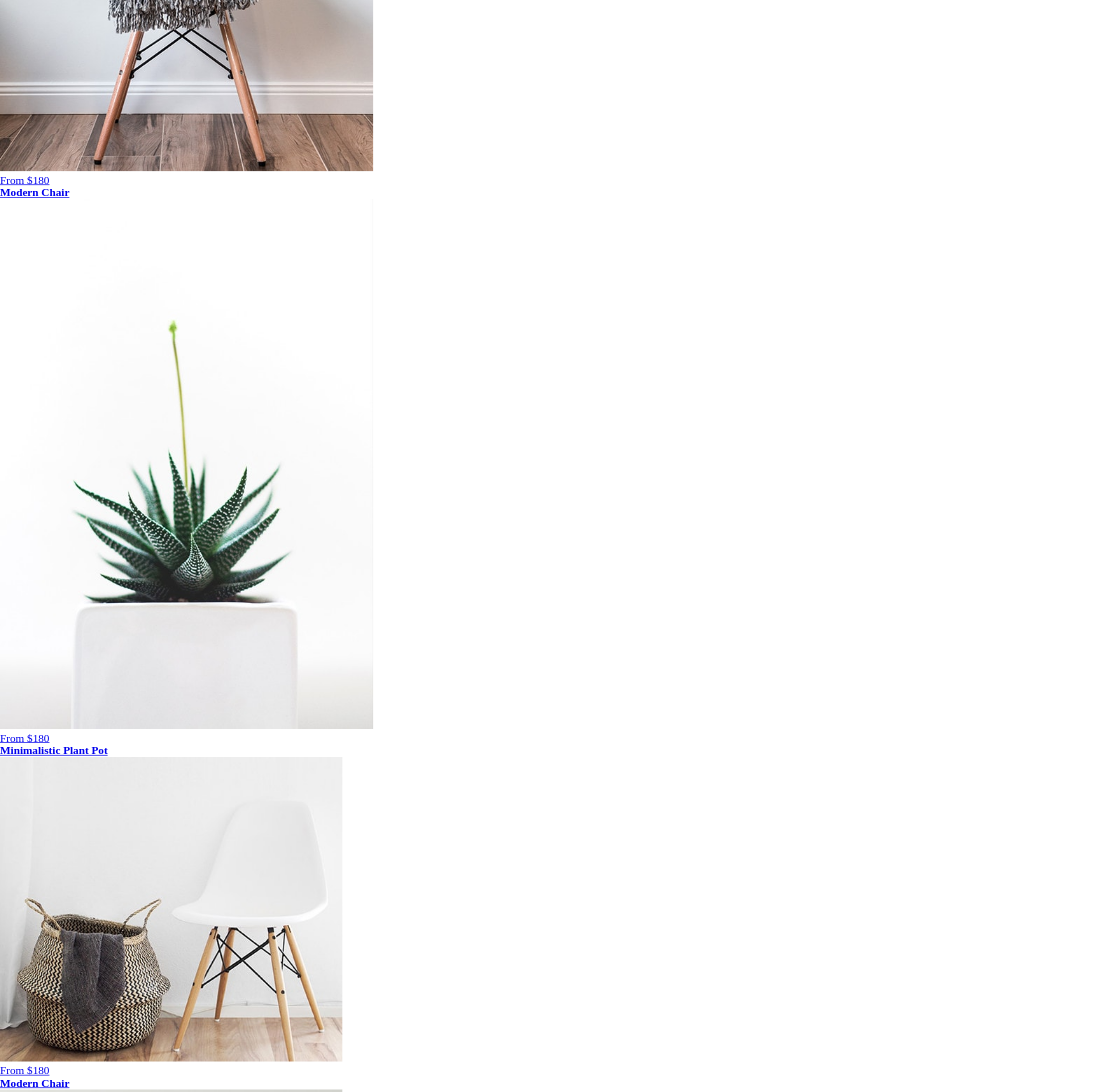
Repository: robbietaek/Java_Spring_Framework_Study
Page: http://localhost/team/WEB-INF/user/index.jsp
These files come from the project's save history. The page is drawn as it stood at one moment and after the next save; the edit follows.
The browser window is 1280 px wide. The page is 1583 px wide, so the pictures cover 1583 px, including what lies to the right of the window. The pictures show the part of the page from y = 688 to 2248 px (the page is 5801 px tall before and 5807 px after), at 70% of full size.
The page is served by Tomcat 9. Nobody is signed in. The template is opened directly, without the code that normally fills it, so the values that code supplies are empty.

Above is the page before, as saved 2019-12-29 11:31:37.
Console error: ReferenceError: $ is not defined

After the next save:
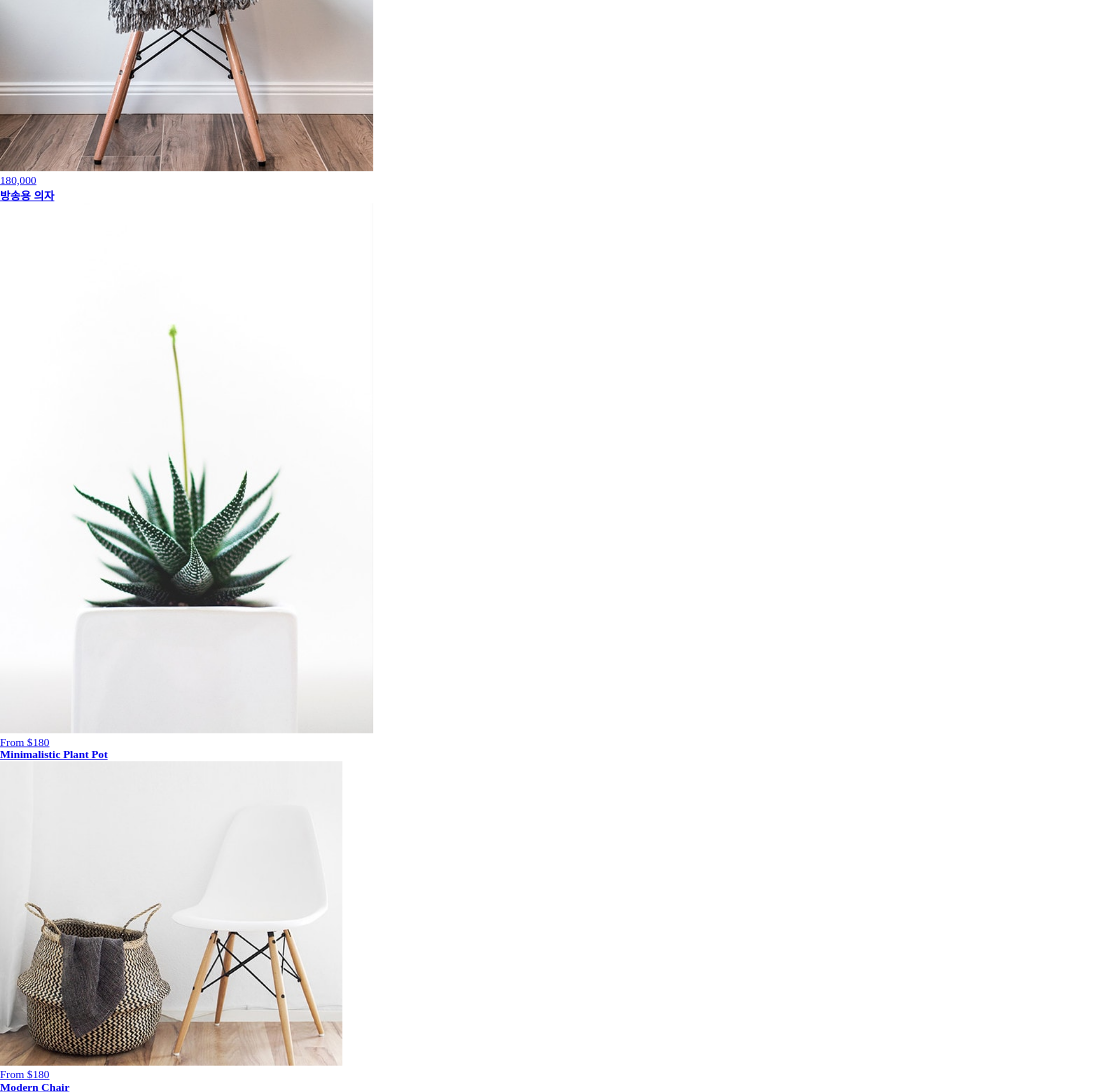
Saved 115 s later.
--- a/team/src/main/webapp/WEB-INF/user/index.jsp
+++ b/team/src/main/webapp/WEB-INF/user/index.jsp
@@ -141,8 +141,8 @@
 					<!-- Hover Content -->
 					<div class="hover-content">
 						<div class="line"></div>
-						<p>From $180</p>
-						<h4>Modern Chair</h4>
+						<p>180,000</p>
+						<h4>방송용 의자</h4>
 					</div>
 				</a>
 			</div>
